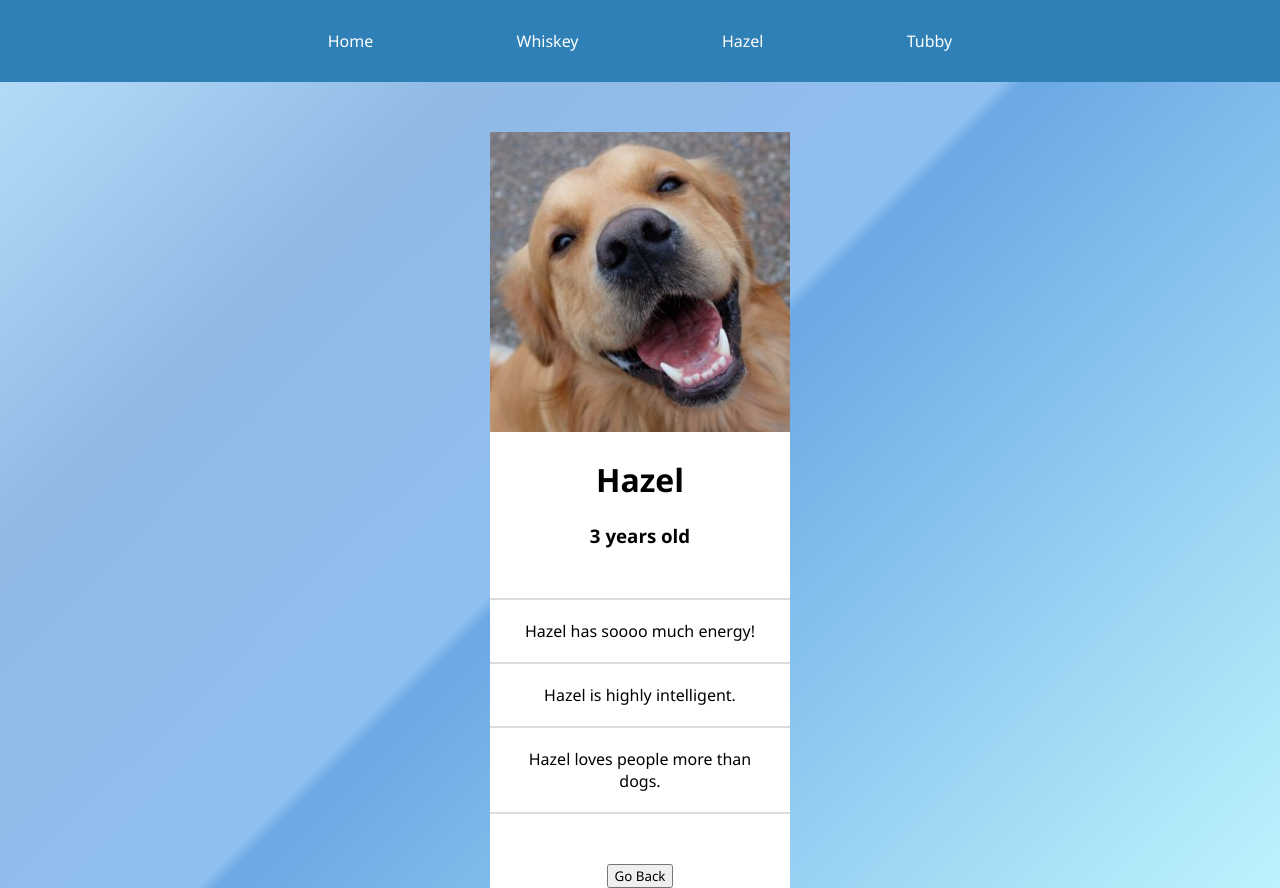
Repository: johnmutina/dog-finder
Page: /dogs/Hazel
The author's editor kept a copy of each file at every save. The page is drawn from the files as they stood at one save, then again after the next save.
The browser window is 1280 px wide. The pictures show the whole page.
The project was rebuilt for these pictures with package versions that can differ from the ones it lists, and the page was loaded fresh each time. Also part of the build but not shown: src/DogFinder.css, src/DogFinder.js.

Above is the page before, as saved 2019-07-28 15:40:25.

### src/App.js
import React, { Component } from "react";
import { Switch, Route, NavLink, Redirect } from "react-router-dom";
import DogFinder from "./DogFinder";
import Dog from "./Dog";
import "./App.css";

// Import all images in image folder
function importAll(r) {
  let images = {};
  r.keys().map((item, index) => {
    images[item.replace("./", "")] = r(item);
  });
  return images;
}

const images = importAll(
  require.context("./assets", false, /\.(gif|jpe?g|svg)$/)
);

class App extends Component {
  static defaultProps = {
    dogs: [
      {
        name: "Whiskey",
        age: 5,
        src: images["whiskey.jpg"],
        facts: [
          "Whiskey loves eating popcorn.",
          "Whiskey is a terrible guard dog.",
          "Whiskey wants to cuddle with you!"
        ]
      },
      {
        name: "Hazel",
        age: 3,
        src: images["hazel.jpg"],
        facts: [
          "Hazel has soooo much energy!",
          "Hazel is highly intelligent.",
          "Hazel loves people more than dogs."
        ]
      },
      {
        name: "Tubby",
        age: 4,
        src: images["tubby.jpg"],
        facts: [
          "Tubby is not the brightest dog",
          "Tubby does not like walks or exercise.",
          "Tubby loves eating food."
        ]
      }
    ]
  };

  render() {
    return (
      <div className="App">
        {/* NAVBAR */}
        <div className="App-navbar">
          <NavLink to="/dogs" activeClassName="App-active-navlink">
            Home
          </NavLink>
          {this.props.dogs.map(dog => (
            <NavLink
              key={dog.name}
              to={`/dogs/${dog.name}`}
              activeClassName="App-active-navlink"
            >
              {dog.name}
            </NavLink>
          ))}
        </div>

        {/* ROUTES SETUP */}

        <Switch>
          <Route
            exact
            path="/dogs"
            render={routeProps => (
              <DogFinder dogs={this.props.dogs} {...routeProps} />
            )}
          />
          <Route
            exact
            path="/dogs/:name"
            render={routeProps => (
              <Dog
                {...this.props.dogs.filter(
                  dog => dog.name == routeProps.match.params.name
                )[0]}
                {...routeProps}
              />
            )}
          />
          <Route render={() => <Redirect to="/dogs" />} />
        </Switch>
      </div>
    );
  }
}

export default App;

### src/Dog.js
import React, { Component } from "react";
import "./Dog.css";

class Dog extends Component {
  render() {
    return (
      <div className="Dog">
        <img src={this.props.src} alt={`${this.props.name}`} />
        <h1>{this.props.name}</h1>
        <h3>{this.props.age} years old</h3>
        <ul>
          {this.props.facts.map(fact => (
            <li>{fact}</li>
          ))}
        </ul>
        <button onClick={this.props.history.goBack}>Go Back</button>
      </div>
    );
  }
}

export default Dog;

### src/App.css
* {
  font-family: "Segoe UI", Tahoma, Geneva, Verdana, sans-serif;
}

.App {
  min-height: 100vh;
  text-align: center;
  background: #b8e1fc; /* Old browsers */
  background: -moz-linear-gradient(
    -45deg,
    #b8e1fc 0%,
    #a9d2f3 10%,
    #90bae4 25%,
    #90bcea 37%,
    #90bff0 50%,
    #6ba8e5 51%,
    #a2daf5 83%,
    #bdf3fd 100%
  ); /* FF3.6-15 */
  background: -webkit-linear-gradient(
    -45deg,
    #b8e1fc 0%,
    #a9d2f3 10%,
    #90bae4 25%,
    #90bcea 37%,
    #90bff0 50%,
    #6ba8e5 51%,
    #a2daf5 83%,
    #bdf3fd 100%
  ); /* Chrome10-25,Safari5.1-6 */
  background: linear-gradient(
    135deg,
    #b8e1fc 0%,
    #a9d2f3 10%,
    #90bae4 25%,
    #90bcea 37%,
    #90bff0 50%,
    #6ba8e5 51%,
    #a2daf5 83%,
    #bdf3fd 100%
  ); /* W3C, IE10+, FF16+, Chrome26+, Opera12+, Safari7+ */
  filter: progid:DXImageTransform.Microsoft.gradient( startColorstr='#b8e1fc', endColorstr='#bdf3fd',GradientType=1 ); /* IE6-9 fallback on horizontal gradient */
}
.App-navbar {
  display: flex;
  background-color: #2e80b6;
  justify-content: space-around;
  padding: 30px 20%;
}

.App-navbar > * {
  color: white;
  text-decoration: none;
  text-transform: capitalize;
}

.App-navbar > *:hover {
  text-decoration: underline;
  font-weight: bolder;
}

### src/Dog.css
.Dog {
  width: 60%;
  max-width: 300px;
  margin: 50px auto 0 auto;
  background: white;
}

.Dog img {
  width: 100%;
}

.Dog ul {
  list-style: none;
  padding-left: 0;
  margin: 50px 0;
  width: 100%;
}

.Dog ul li {
  /* margin: 20px 0; */
  padding: 20px;
  border-top: 2px solid rgb(220, 220, 220);
}

.Dog ul li:last-child {
  border-bottom: 2px solid rgb(220, 220, 220);
}

Loaded but not shown: public/index.html (common file); src/index.js (common file); src/index.css (common file); src/serviceWorker.js (common file)

After the next save:
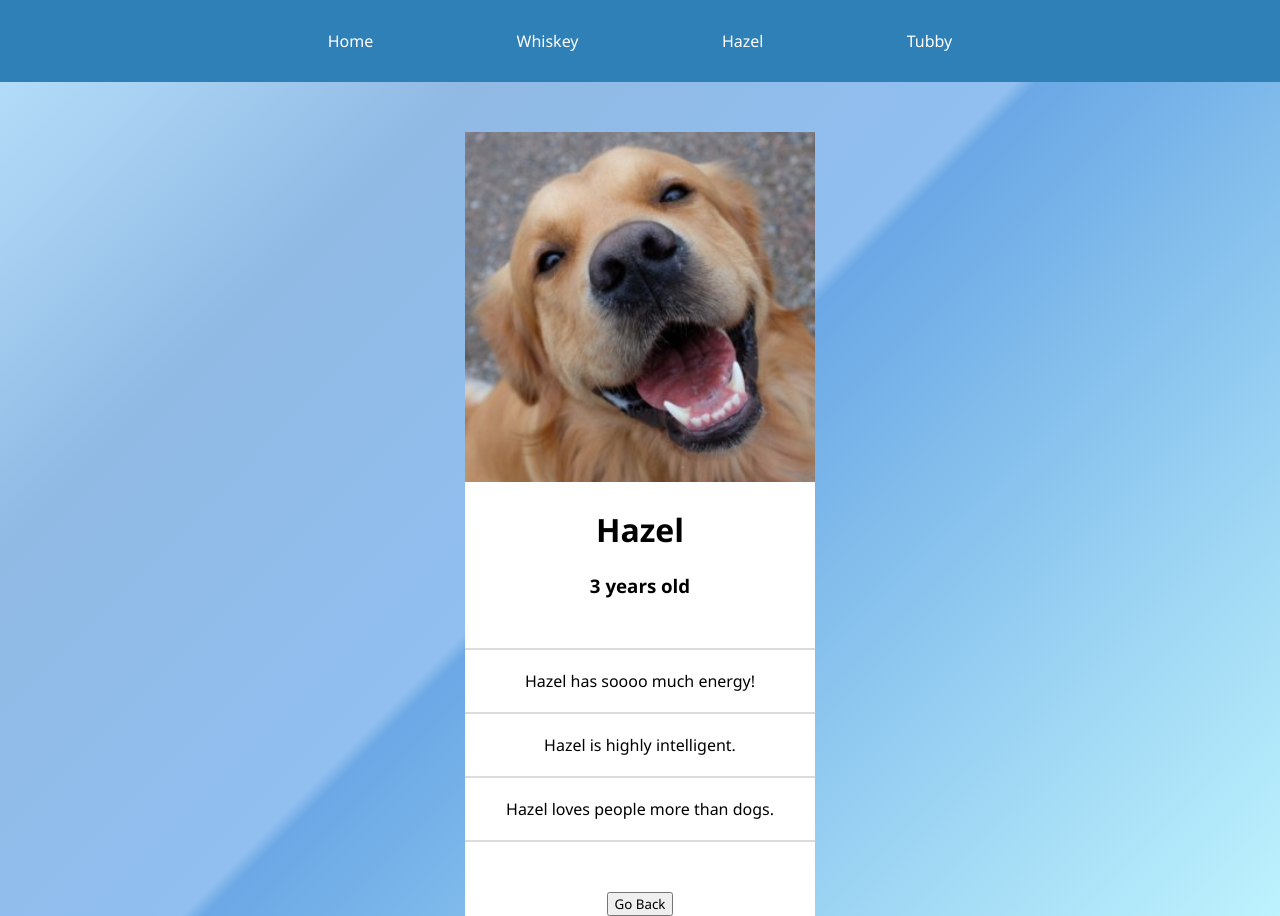
Saved 4 s later.
--- a/src/Dog.css
+++ b/src/Dog.css
@@ -1,6 +1,6 @@
 .Dog {
   width: 60%;
-  max-width: 300px;
+  max-width: 350px;
   margin: 50px auto 0 auto;
   background: white;
 }
